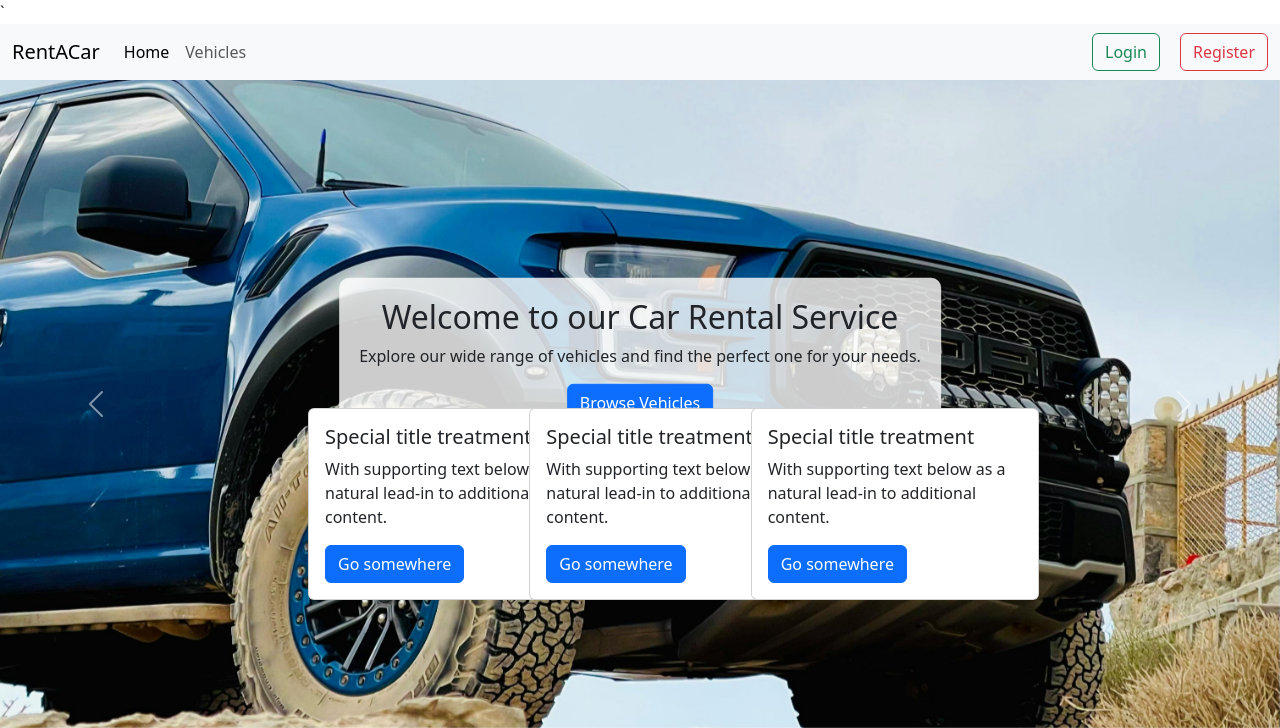
Repository: VimashaVishvani/VehicleRental
Page: http://localhost/Vehicle_rentalDb/
These files come from the project's save history. The page is drawn as it stood at one moment and after the next save; the edit follows.
The browser window is 1280 px wide. The pictures show the whole page.
The page is served by Tomcat 9. Other server files are loaded and not shown.

Above is the page before, as saved 2024-05-04 19:29:13.

### Vehicle_rentalDb/src/main/webapp/index.jsp
<%@ page language="java" contentType="text/html; charset=ISO-8859-1"
    pageEncoding="ISO-8859-1"%>
<!DOCTYPE html>
<html>
<head>
  <link href="https://cdn.jsdelivr.net/npm/bootstrap@5.3.3/dist/css/bootstrap.min.css" rel="stylesheet" integrity="sha384-QWTKZyjpPEjISv5WaRU9OFeRpok6YctnYmDr5pNlyT2bRjXh0JMhjY6hW+ALEwIH" crossorigin="anonymous">
` <script src="https://cdn.jsdelivr.net/npm/bootstrap@5.3.3/dist/js/bootstrap.bundle.min.js" integrity="sha384-YvpcrYf0tY3lHB60NNkmXc5s9fDVZLESaAA55NDzOxhy9GkcIdslK1eN7N6jIeHz" crossorigin="anonymous"></script>
<meta charset="ISO-8859-1">
<title>Insert title</title>


<style>
.courosalImages{
    height:90vh;
    object-fit:cover;
}
.overlay-content{
    position: absolute;
    top: 50%;
    left: 50%;
    transform: translate(-50%, -50%);
    z-index: 1000; /* Make sure this value is higher than the z-index of the carousel */
    background-color: rgba(255, 255, 255, 0.8); /* Add a background color with some transparency */
    padding: 20px;
    border-radius: 10px;
    text-align: center;
}
.carousel{
    z-index:1;
}
.row{
position: absolute;
    top: 70%;
    left: 50%;
    transform: translate(-50%, -50%);
    z-index: 1000;

}


</style>
</head>
<body  style="padding-top:0;">

<nav class="navbar navbar-expand-lg bg-body-tertiary" style="margine-top:-5%;">
  <div class="container-fluid">
    <a class="navbar-brand" href="#">RentACar</a>
    <button class="navbar-toggler" type="button" data-bs-toggle="collapse" data-bs-target="#navbarSupportedContent" aria-controls="navbarSupportedContent" aria-expanded="false" aria-label="Toggle navigation">
      <span class="navbar-toggler-icon"></span>
    </button>
    <div class="collapse navbar-collapse" id="navbarSupportedContent">
      <ul class="navbar-nav me-auto mb-2 mb-lg-0">
        <li class="nav-item">
          <a class="nav-link active" aria-current="page" href="#">Home</a>
        </li>
        <li class="nav-item">
          <a class="nav-link" href="#">Vehicles</a>
        </li>

      </ul>

      <button class="btn btn-outline-success"  style="margin-right:20px;">Login</button>

      <button class="btn btn-outline-danger"  >Register</button>
    </div>
  </div>
</nav>


<div id="carouselExample" class="carousel slide">
  <div class="carousel-inner">
    <div class="carousel-item active">
      <img src="images/landingPage/1.jpg" class="d-block w-100 courosalImages" alt="...">
    </div>
    <div class="carousel-item">
      <img src="images/landingPage/2.jpg" class="d-block w-100 courosalImages" alt="...">
    </div>
    <div class="carousel-item">
      <img src="images/landingPage/3.jpg" class="d-block w-100 courosalImages" alt="...">
    </div>
  </div>
  <button class="carousel-control-prev" type="button" data-bs-target="#carouselExample" data-bs-slide="prev">
    <span class="carousel-control-prev-icon" aria-hidden="true"></span>
    <span class="visually-hidden">Previous</span>
  </button>
  <button class="carousel-control-next" type="button" data-bs-target="#carouselExample" data-bs-slide="next">
    <span class="carousel-control-next-icon" aria-hidden="true"></span>
    <span class="visually-hidden">Next</span>
  </button>
</div>

<div class="overlay-content">
    <h2>Welcome to our Car Rental Service</h2>
    <p>Explore our wide range of vehicles and find the perfect one for your needs.</p>
    <a href="#" class="btn btn-primary">Browse Vehicles</a>
</div>

<div class="row">
	<div class="col-4">
	<div class="card" style="width: 18rem;">
  <div class="card-body">
    <h5 class="card-title">Special title treatment</h5>
    <p class="card-text">With supporting text below as a natural lead-in to additional content.</p>
    <a href="#" class="btn btn-primary">Go somewhere</a>
  </div>
</div>
	</div>
	<div class="col-4">
	<div class="card" style="width: 18rem;">
  <div class="card-body">
    <h5 class="card-title">Special title treatment</h5>
    <p class="card-text">With supporting text below as a natural lead-in to additional content.</p>
    <a href="#" class="btn btn-primary">Go somewhere</a>
  </div>
</div>
	</div>
	<div class="col-4">
	<div class="card" style="width: 18rem;">
  <div class="card-body">
    <h5 class="card-title">Special title treatment</h5>
    <p class="card-text">With supporting text below as a natural lead-in to additional content.</p>
    <a href="#" class="btn btn-primary">Go somewhere</a>
  </div>
</div>
	</div>

</div>

</body>
</html>

After the next save:
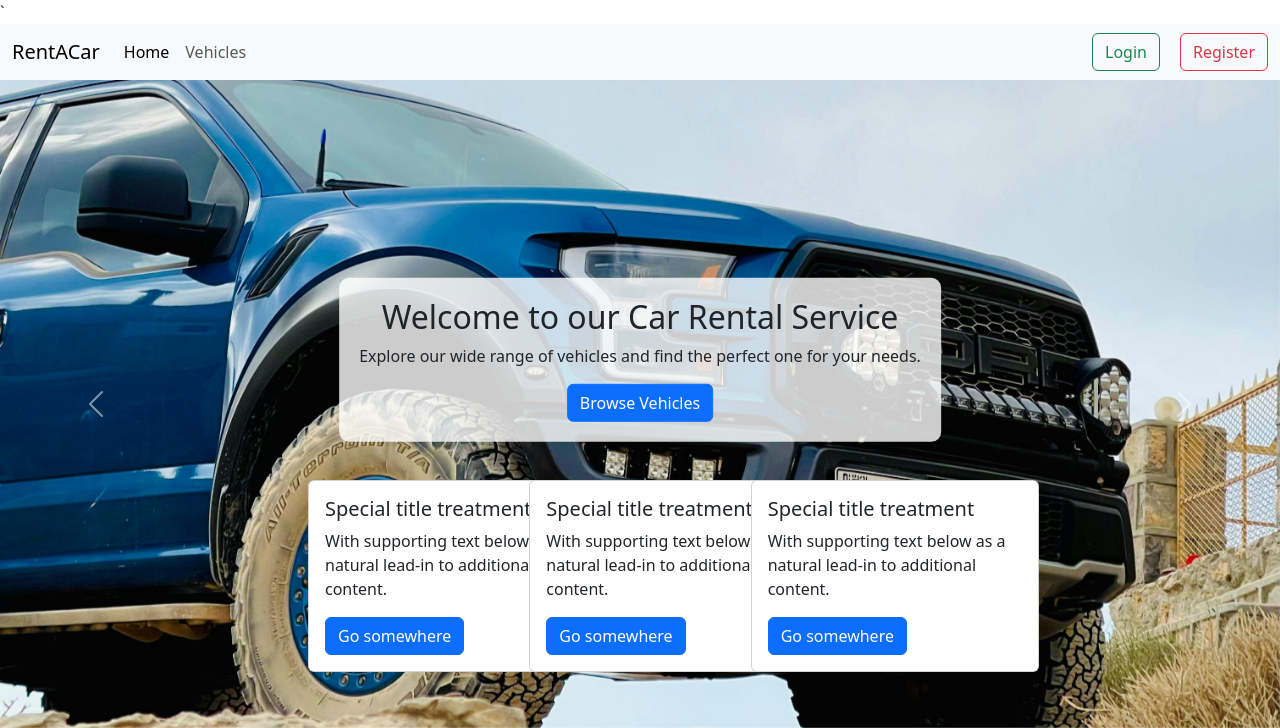
Saved 12 s later.
--- a/Vehicle_rentalDb/src/main/webapp/index.jsp
+++ b/Vehicle_rentalDb/src/main/webapp/index.jsp
@@ -30,7 +30,7 @@
 }
 .row{
 position: absolute;
-    top: 70%;
+    top: 80%;
     left: 50%;
     transform: translate(-50%, -50%);
     z-index: 1000;
